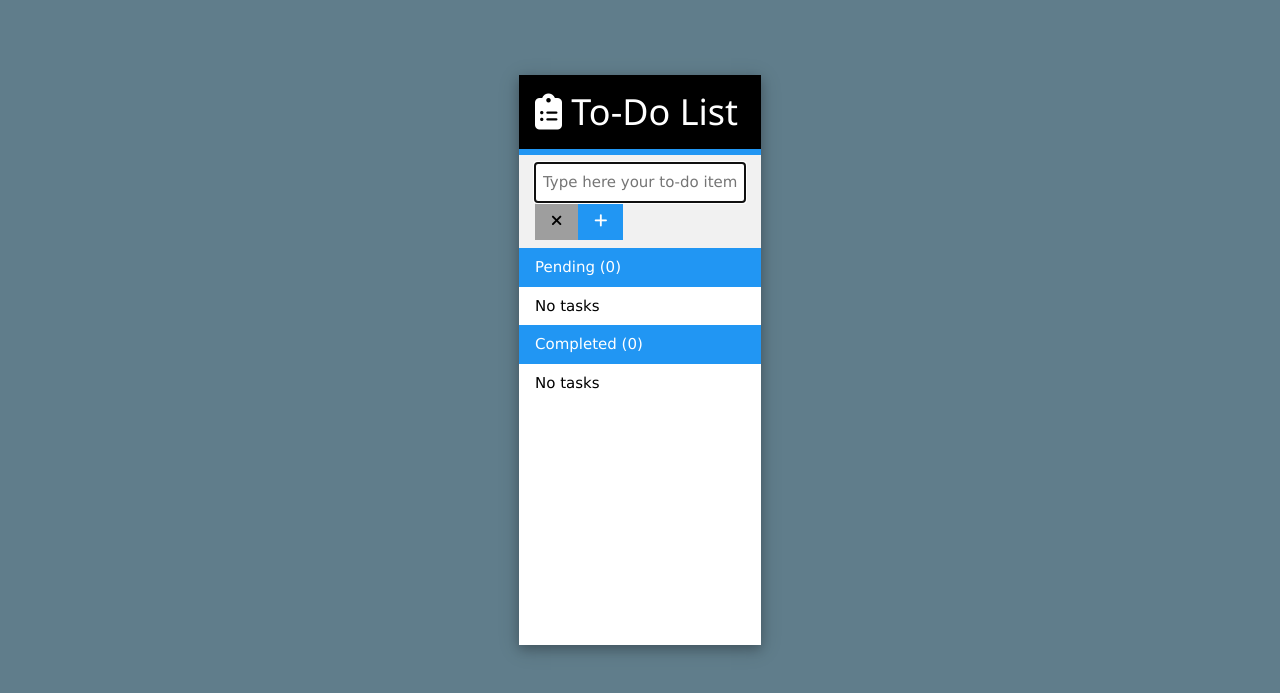
Repository: bclover/vue3-design-patterns-book
Page: /
An editor plug-in stored every save of this project. The page is shown before and after the next save, followed by the edit.
The browser window is 1280 px wide. The pictures show the whole page.
The project was rebuilt for these pictures with package versions that can differ from the ones it lists, and the page was loaded fresh each time. Also part of the build but not shown: vite.config.ts.

Above is the page before, as saved 2023-06-19 22:26:24.

After the next save:
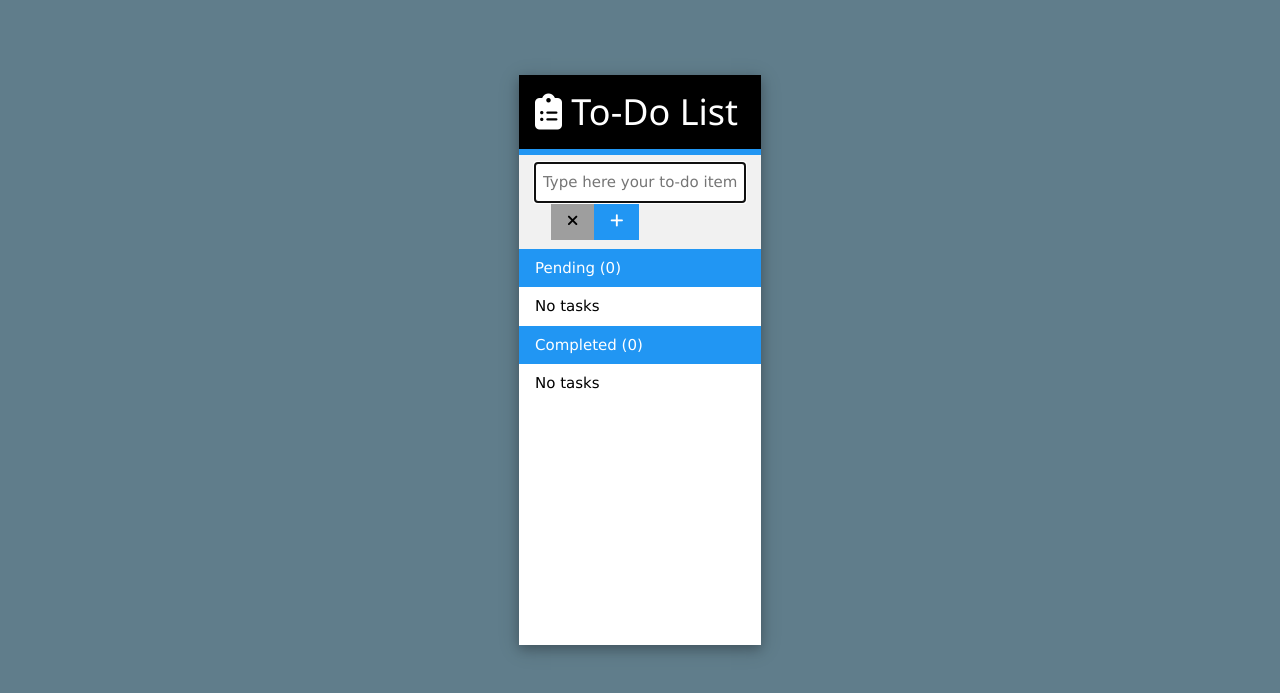
Saved 88 s later.
--- a/src/components/ToDos.vue
+++ b/src/components/ToDos.vue
@@ -49,7 +49,7 @@
         @keyup.enter="addToDo()"
         placeholder="Type here your to-do item..."
       />
-      <div class="w3-margin-16">
+      <div class="w3-container w3-margin-16">
         <button class="w3-button w3-gray" @click="clearToDo()">
           <i class="fa-solid fa-times"></i>
         </button>
